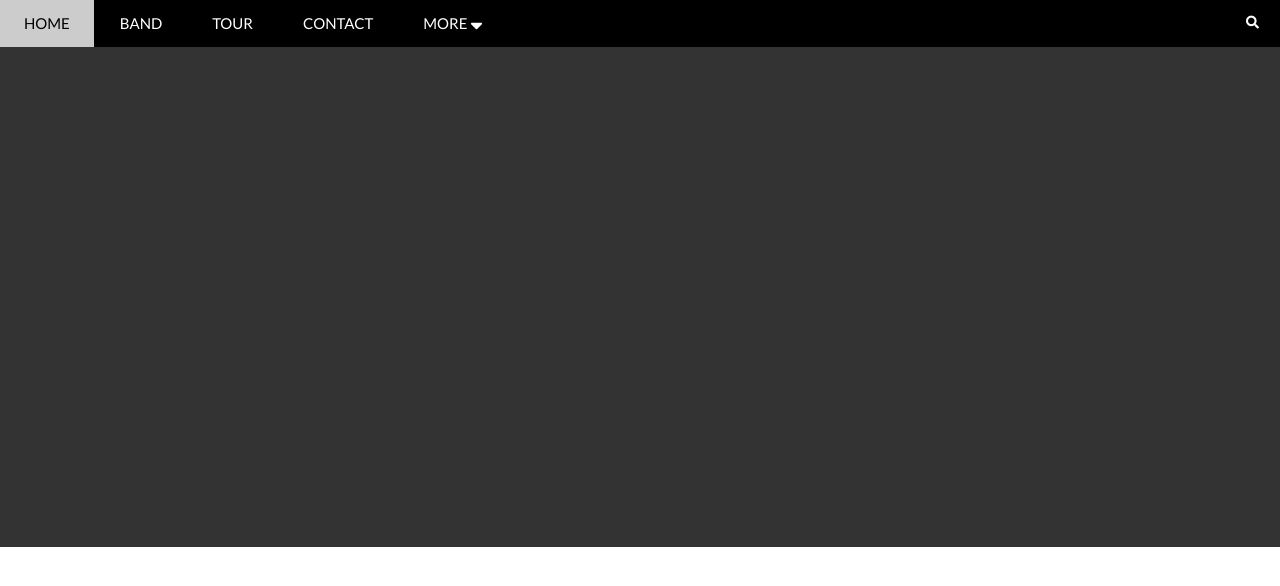
Repository: nguyenthaicong265/w3-band
Page: index.html
These files come from the project's save history. The page is drawn as it stood at one moment and after the next save; the edit follows.
The browser window is 1280 px wide. The pictures show the whole page.

Above is the page before, as saved 2021-12-28 11:31:35.

### index.html
<!DOCTYPE html>
<html lang="en">
<head>
    <meta charset="UTF-8">
    <meta http-equiv="X-UA-Compatible" content="IE=edge">
    <meta name="viewport" content="width=device-width, initial-scale=1.0">
    <title>Document</title>
    <link rel="stylesheet" href="./assets/css/styles.css">
    <link rel="stylesheet" href="https://fonts.googleapis.com/css?family=Lato">
    <link rel="stylesheet" href="./assets/font/themify-icons-font/themify-icons/themify-icons.css">
    <link rel="stylesheet" href="./assets/font/fontawesome-free-5.15.4-web/css/all.css">
</head>
<body>
    <div id="main">
        <div id="header">
            <ul id="nav">
                <li><a href="">Home</a></li>
                <li><a href="">Band</a></li>
                <li><a href="">Tour</a></li>
                <li><a href="">Contact</a></li>
                <li>
                    <a href="#">
                        More
                        <i class="fas fa-sort-down"></i>
                    </a>
                    <ul class="subnav">
                        <li><a href="#">Merchandise</a></li>
                        <li><a href="#">Extras</a></li>
                        <li><a href="#">Media</a></li>
                    </ul>
                </li>
            </ul>
            <div class="search-button">
                <i class="fas fa-search"></i>
            </div>
        </div>

        <div id="slider">

        </div>

        <div id="content">

        </div>

        <div id="footer">

        </div>
    </div>
</body>
</html>

### assets/css/styles.css
/* Reset CSS */
* {
    padding: 0;
    margin: 0;
    box-sizing: border-box;
}

html {
    font-family: "Lato", sans-serif;
    font-size: 62.5%;
}

#main {

}

#header {
    height: 46.5px;
    background-color: #000000;

}

#header .search-button {
    float: right;
    padding: 0 21px;
}

#header .search-button:hover {
    background-color: #f44336!important;

}

#header .fa-search {
    color: #ffffff;
    font-size: 13px;
    line-height: 46px;
}

#nav, .subnav {
    display: inline-block;
    list-style-type: none;
}

#nav > li {
    display: inline-block;
}

#nav li {
    position: relative;
}

#nav > li > a {
    color: #ffffff;
    text-transform: uppercase;
}

#nav li a {
    text-decoration: none;
    line-height: 46.5px;
    padding: 0px 24px;
    font-size: 1.5rem;
    display: block;
}

#nav .fa-sort-down {
    font-size: 20px;
}

#nav li:hover .subnav {
    display: block;

}

#nav > li:hover > a,
#nav .subnav li:hover a {
    color: #000 !important;
    background-color: #ccc !important;
}

#nav .subnav {
    display: none;
    position: absolute;
    min-width: 160px;
    top: 46.5px;
    background-color: #ffffff;
    box-shadow: 0 0 10px rgba(0, 0, 0, 0.3);
}

#nav .subnav a {
    color: #000;
    padding: 0 12px;
    line-height: 38px;
}

#slider {
    min-height: 500px;
    background-color: #333;
}

#content {

}

#footer {

}

Loaded but not shown: assets/font/themify-icons-font/themify-icons/themify-icons.css (common file); assets/font/fontawesome-free-5.15.4-web/css/all.css (library)

After the next save:
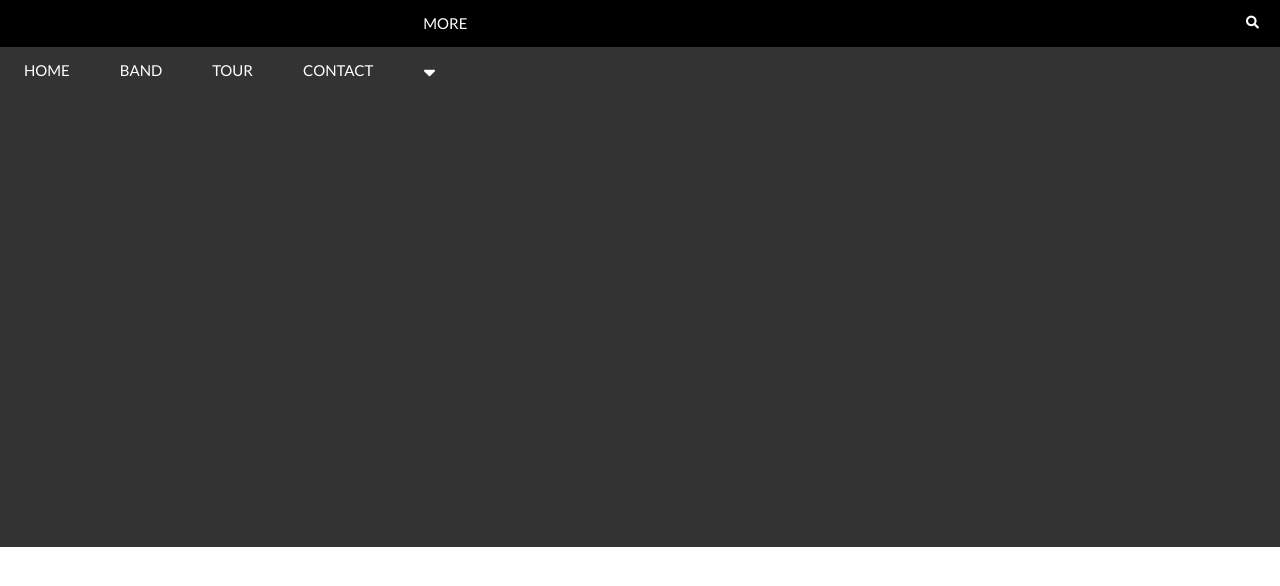
Saved 53 s later.
--- a/index.html
+++ b/index.html
@@ -21,7 +21,9 @@
                 <li>
                     <a href="#">
                         More
-                        <i class="fas fa-sort-down"></i>
+                        <a href="#">
+                            <i class="fas fa-sort-down"></i>
+                        </a>
                     </a>
                     <ul class="subnav">
                         <li><a href="#">Merchandise</a></li>

After the save that followed:
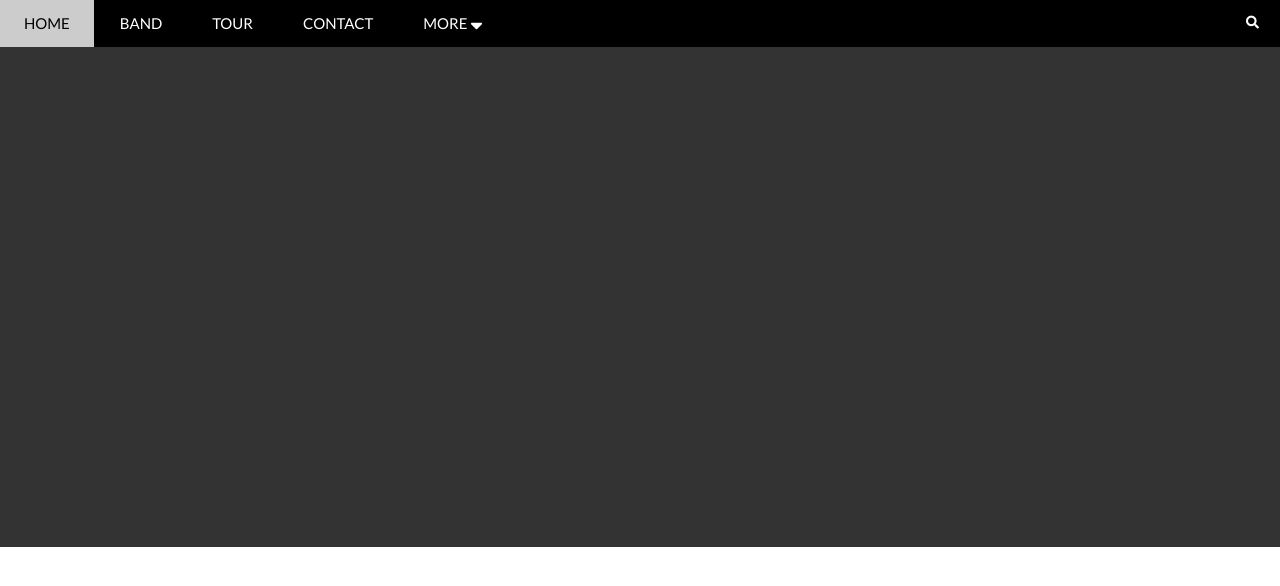
Saved 29 s later.
--- a/index.html
+++ b/index.html
@@ -21,9 +21,7 @@
                 <li>
                     <a href="#">
                         More
-                        <a href="#">
-                            <i class="fas fa-sort-down"></i>
-                        </a>
+                        <i class="fas fa-sort-down"></i>
                     </a>
                     <ul class="subnav">
                         <li><a href="#">Merchandise</a></li>
